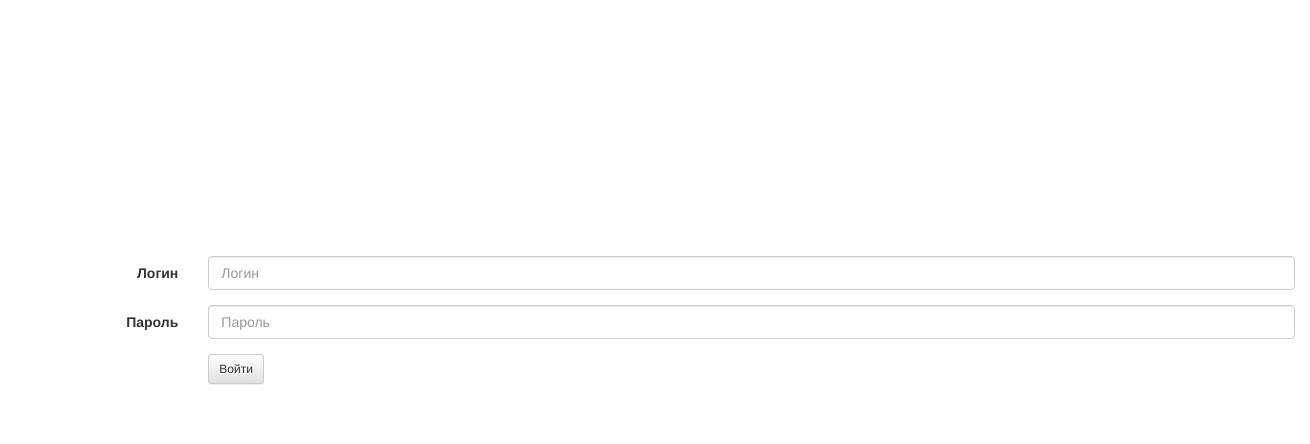
Repository: supsun7/RESTful-API
Page: http://localhost/login.php
The author's editor kept a record of every edit. The page is drawn from the files as they stood at one moment, then again after the next edit.
The browser window is 1280 px wide. The page is 1310 px wide, then 1280 px, so the pictures cover 1310 px, including what lies to the right of the window. The pictures show the whole page.
Some web libraries are served in a nearby version. The page is run by PHP 8.4 with error messages shown; the project is at /var/www/html/.

Above is the page before.

After the next edit:
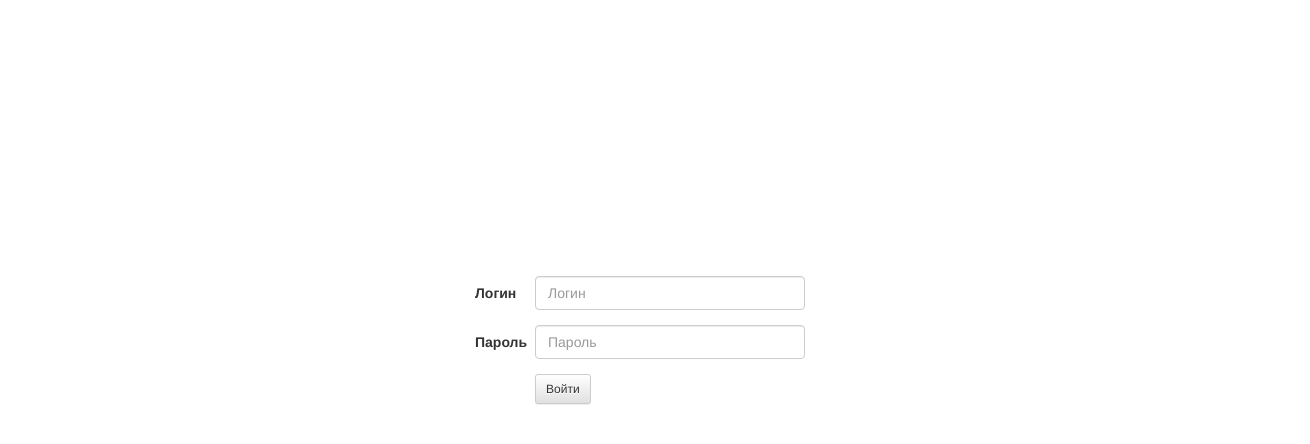
The edit:
--- a/workspace/login.php
+++ b/workspace/login.php
@@ -7,6 +7,11 @@
     <title>Главная страница</title>
    <?php       require "header.php";
    ?>
+   <style>  .form form {
+  width: 300px;
+  margin: 0 auto;
+  padding-top: 20px;
+}</style>
     </head>
     <body>
 
